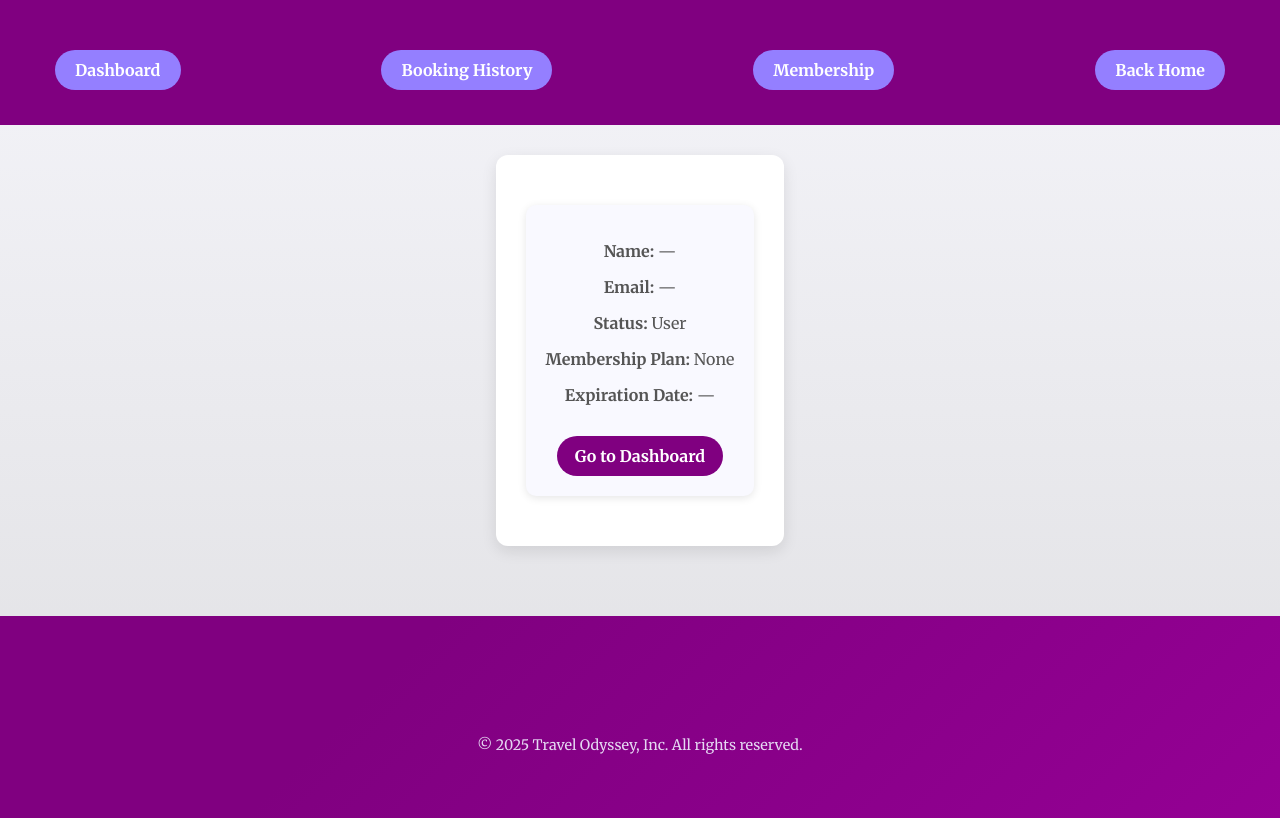
Repository: GHzPhoenix/Project-Odyssey
Page: Frontend/membership-confirmation.html
These files come from the project's save history. The page is drawn as it stood at one moment and after the next save; the edit follows.
The browser window is 1280 px wide. The pictures show the whole page.

Above is the page before, as saved 2025-06-08 11:06:30.

After the next save:
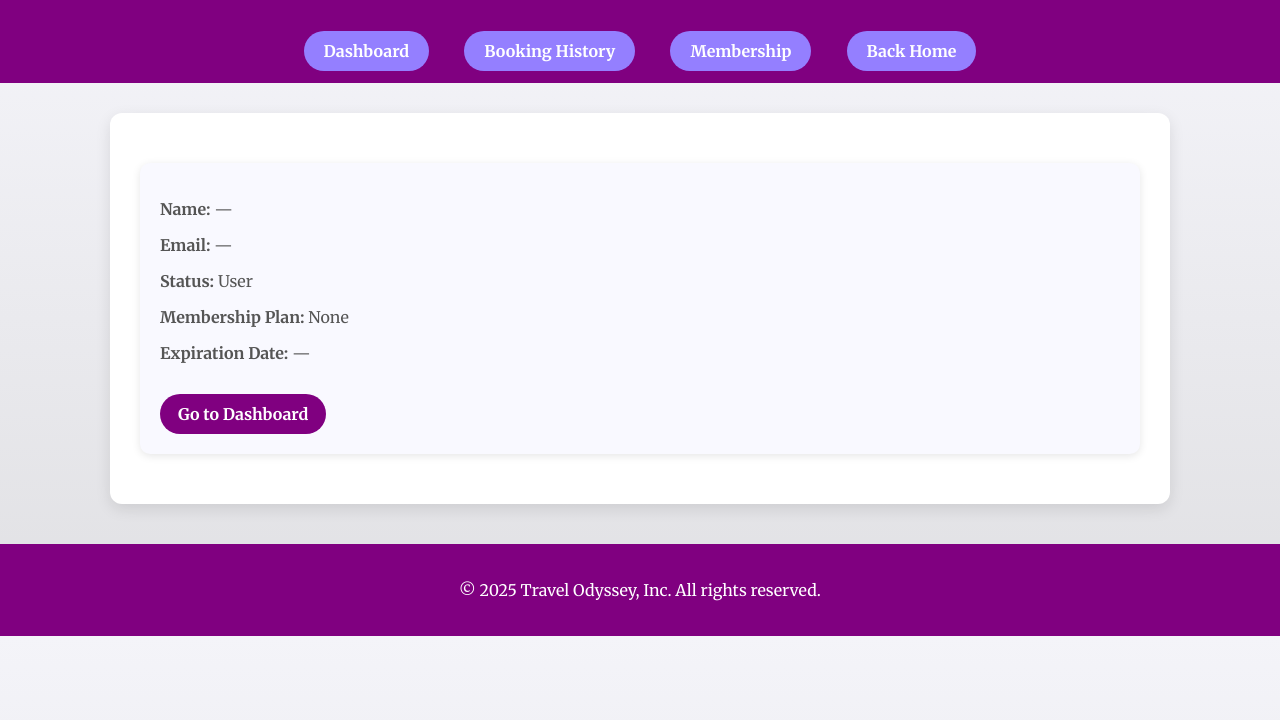
Saved 23 s later.
--- a/Frontend/membership-confirmation.html
+++ b/Frontend/membership-confirmation.html
@@ -4,8 +4,6 @@
     <meta charset="UTF-8" />
     <meta name="viewport" content="width=device-width, initial-scale=1.0" />
     <title>Membership Confirmation – Travel Odyssey</title>
-
-    <link rel="stylesheet" href="css/style.css" />
     <link rel="stylesheet" href="css/dashboard.css" />
     <link rel="stylesheet" href="css/membership.css" />
 
